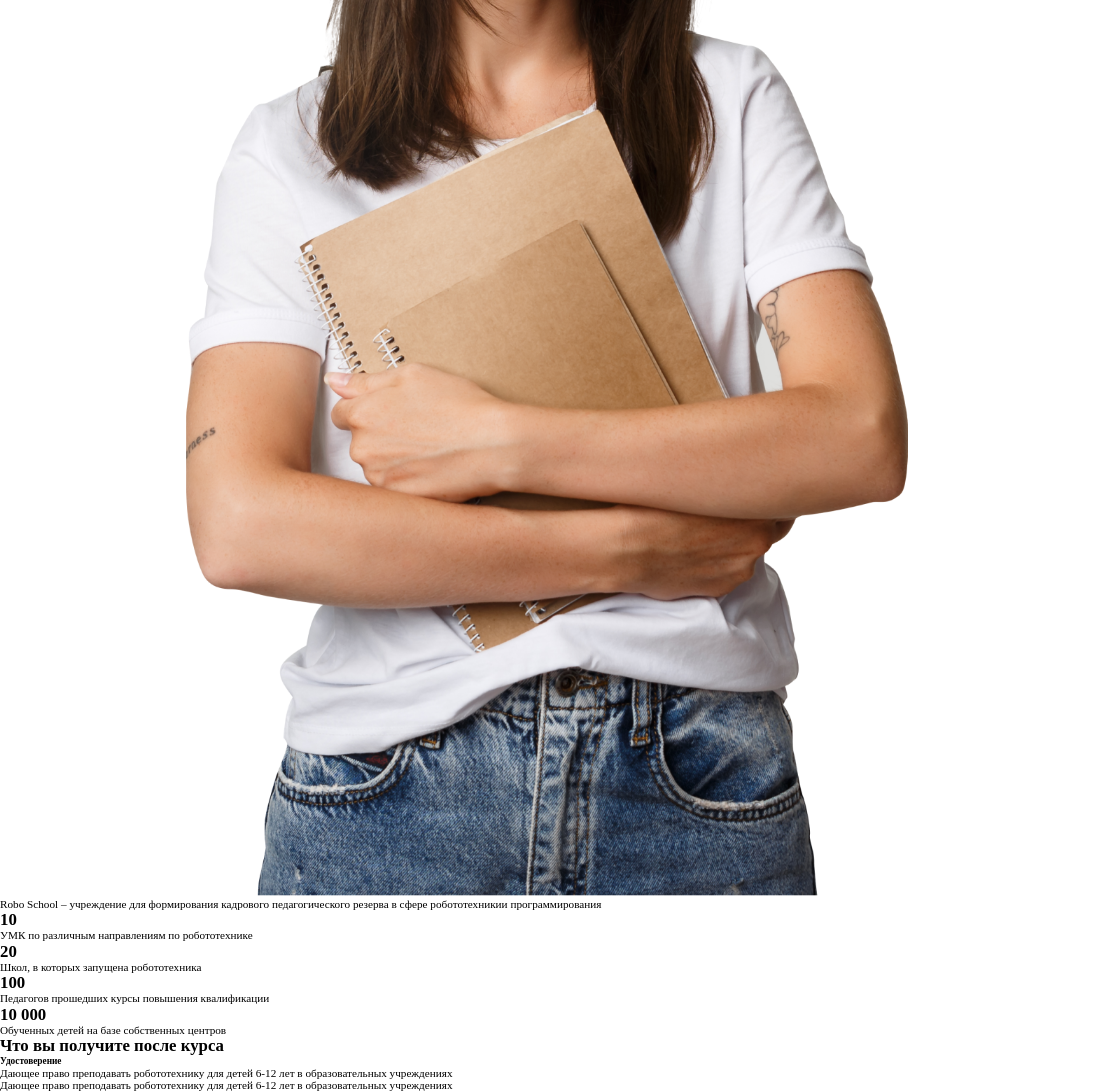
Repository: Shaiyr1/robo
Page: index.html
These files come from the project's save history. The page is drawn as it stood at one moment and after a run of saves; the edit follows.
The browser window is 1280 px wide. The page is 1566 px wide, so the pictures cover 1566 px, including what lies to the right of the window. The pictures show the part of the page from y = 710 to 2270 px (the page is 2270 px tall before and 2252 px after), at 70% of full size.

Above is the page before, as saved 2026-11-02 16:45:12.

After the next 3 saves:
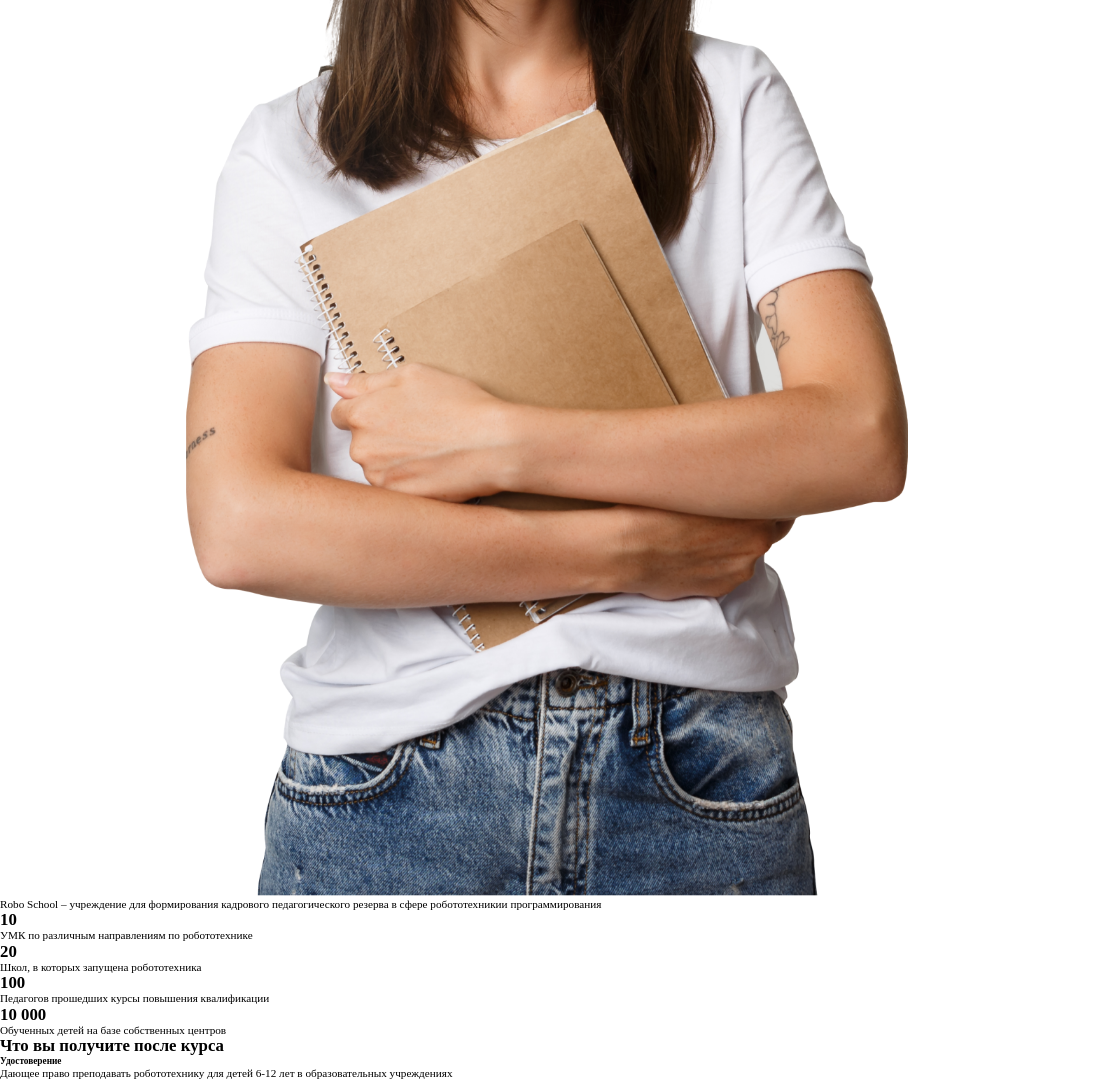
The 3 saves are shown as one change because they came seconds apart.
The last was saved 7 s later.
--- a/index.html
+++ b/index.html
@@ -86,7 +86,8 @@
                     <div class="result-block">
                         <h5 class="result-block__title"></h5>
                         <p class="result-block__text">
-                            Дающее право преподавать робототехнику для детей 6-12 лет в образовательных учреждениях</p>
+
+                        </p>
                     </div>
                 </div>
             </div>
